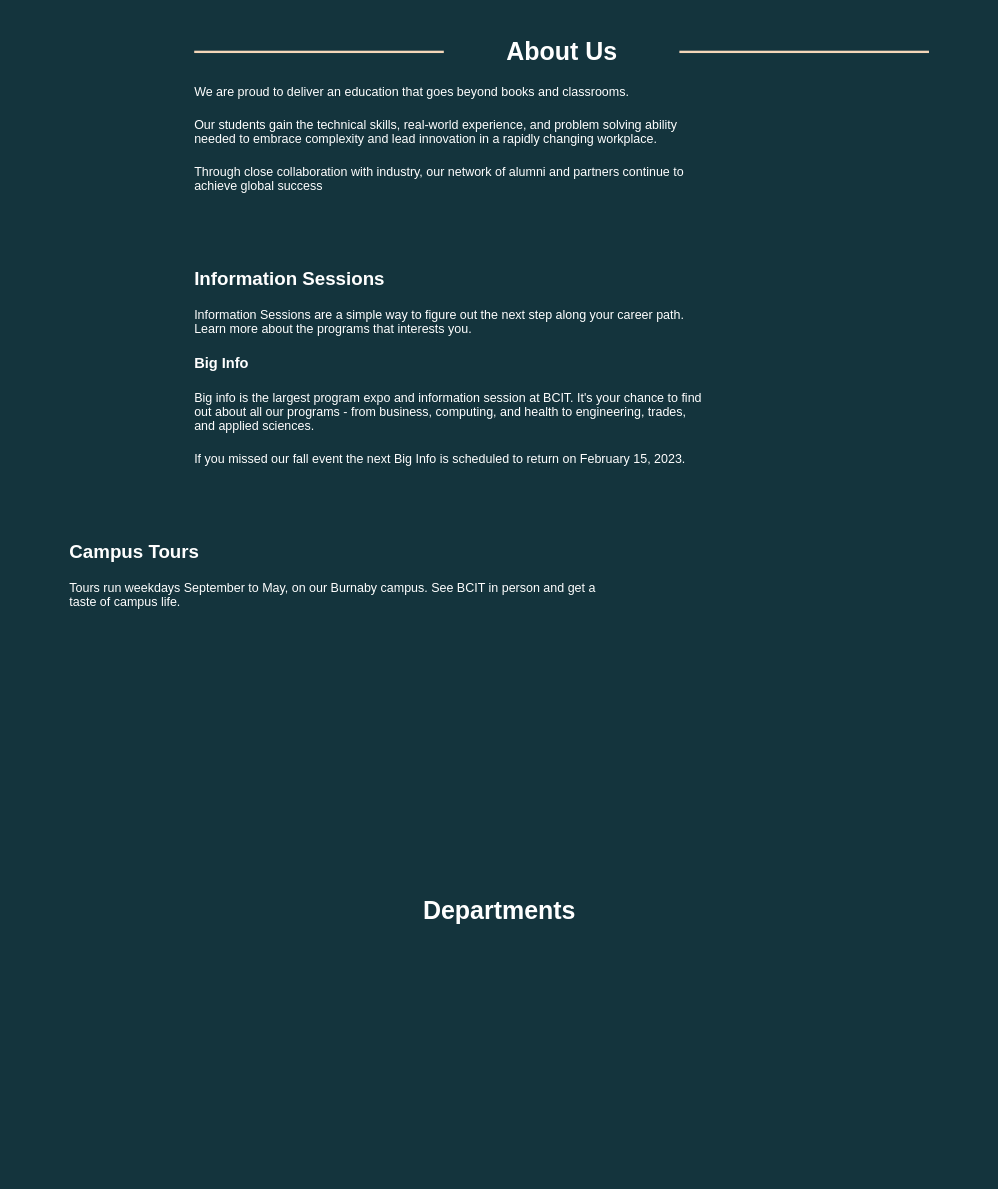
Repository: jennydmcm/assignment-1-playwright-site-A01338943
Page: /about
The author's editor kept a copy of each file at every save. The page is drawn from the files as they stood at one save, then again after the next save.
The browser window is 1280 px wide. The pictures show the whole page, at 78% of full size.
The project was rebuilt for these pictures with package versions that can differ from the ones it lists, and the page was loaded fresh each time. The framework's server and built-in components were replaced by stand-ins that run in the browser. Also part of the build but not shown: next.config.js.

Above is the page before, as saved 2023-02-08 13:57:12.

### pages/_app.js
import '../styles/globals.css'
import '../styles/variables.css'

function MyApp({ Component, pageProps }) {
  return <Component {...pageProps} />
}

export default MyApp

### pages/about.js
import Head from "next/head";
import Image from "next/image";
import { Inter } from "@next/font/google";
import styles from "@/styles/About.module.css";
const inter = Inter({ subsets: ["latin"] });

export default function Home() {
  return (
    <>
      <Head>
        <title>About Us</title>
        <meta name="description" content="Generated by create next app" />
        <meta name="viewport" content="width=device-width, initial-scale=1" />
        <meta name="author" content="MDIA 2109" />
        <meta property="og:title" content="Assignment #1 - About Us Page" />
        <meta
          property="og:description"
          content="BCIT Digital Design and Development Diploma"
        />
        <link rel="icon" href="/favicon.png" />
      </Head>
      <main className={styles.main}>
        <header>
          <div className={styles.about}>
            <div className={styles.header}>
              <hr className={styles.lines}></hr>
              <h1 className={styles.aboutTitle}>About Us</h1>
              <hr className={styles.lines}></hr>
            </div>
            <p className={styles.mainText}>
              We are proud to deliver an education that goes beyond books and
              classrooms.
            </p>
            <p className={styles.mainText}>
              Our students gain the technical skills, real-world experience, and
              problem solving ability <br></br>
              needed to embrace complexity and lead innovation in a rapidly
              changing workplace.
            </p>
            <p className={styles.mainText}>
              Through close collaboration with industry, our network of alumni
              and partners continue to <br></br>
              achieve global success
            </p>
          </div>
          <div className={styles.infosesh}>
            <h2>Information Sessions</h2>
            <p className={styles.mainText}>
              Information Sessions are a simple way to figure out the next step
              along your career path. <br></br>
              Learn more about the programs that interests you.
            </p>
            <h3 className={styles.bigInfo}>Big Info</h3>
            <p className={styles.mainText}>
              Big info is the largest program expo and information session at
              BCIT. It's your chance to find<br></br>
              out about all our programs - from business, computing, and health
              to engineering, trades,<br></br>
              and applied sciences.
            </p>
            <p className={styles.mainText}>
              If you missed our fall event the next Big Info is scheduled to
              return on February 15, 2023.
            </p>
          </div>

          <div className={styles.tours}>
            <h2>Campus Tours</h2>
            <p className={styles.mainText}>
              Tours run weekdays September to May, on our Burnaby campus. See
              BCIT in person and get a<br></br>
              taste of campus life.
            </p>
          </div>
          <div className={styles.dept}>
            <h1>Departments</h1>
          </div>
        </header>
        <a>
          <span>
            <img href="/upwardArrow.png"></img>
            <img href="downwardArrow.png"></img>
          </span>
        </a>
      </main>
    </>
  );
}

### styles/variables.css
:root{
    --primary-color: #fff;
    --secondary-color: #f4d6b9;
    --ternary-color: #14343d;
    --quaternary-color: #14343d;
    --quinary-color: rgba(16,46,53,0.5);

}

### styles/About.module.css
.main{
    background-color: var(--ternary-color);
    color: var(--primary-color);
    font-family: Arial, Helvetica, sans-serif;
    display: flex;
    flex-direction: column;
    justify-content: center;
    align-items: center;
}
.about{
    display: flex;
    flex-direction: column;
    padding: 3rem;
    padding-bottom: 3rem;
    align-content: center;
    padding-left: 13rem;

}
.body{
    padding-left: 4rem;
}

.infosesh{
    display: flex;
    flex-direction: column;
    padding: 3rem;
    padding-bottom: 3rem;
    padding-left: 13rem;

}

.bigInfo{
    padding-top: 1.5rem;

}

.tours{
    display: flex;
    flex-direction: column;
    padding: 3rem;
    padding-bottom: 3rem;

}

.dept{
    display: flex;
    flex-direction: column;
    padding-top: 20rem;
    padding-bottom: 20rem;
    align-items: center;


}

.aboutTitle{
    display: flex;
    flex-direction: column;
    align-items: center;
    padding-left: 5rem;
    padding-right: 5rem;
}

.mainText{
    padding-top: 1.5rem;
}

.lines{
    border-top: none;
    border-bottom: 0.2rem solid var(--secondary-color);
    border-left: none;
    border-right: none;
    width: 20rem;
}
.header{
    display: flex;
    flex-direction: row;
    align-items: center;
}

Loaded but not shown: pages/_document.js (common file); styles/globals.css (common file)

After the next save:
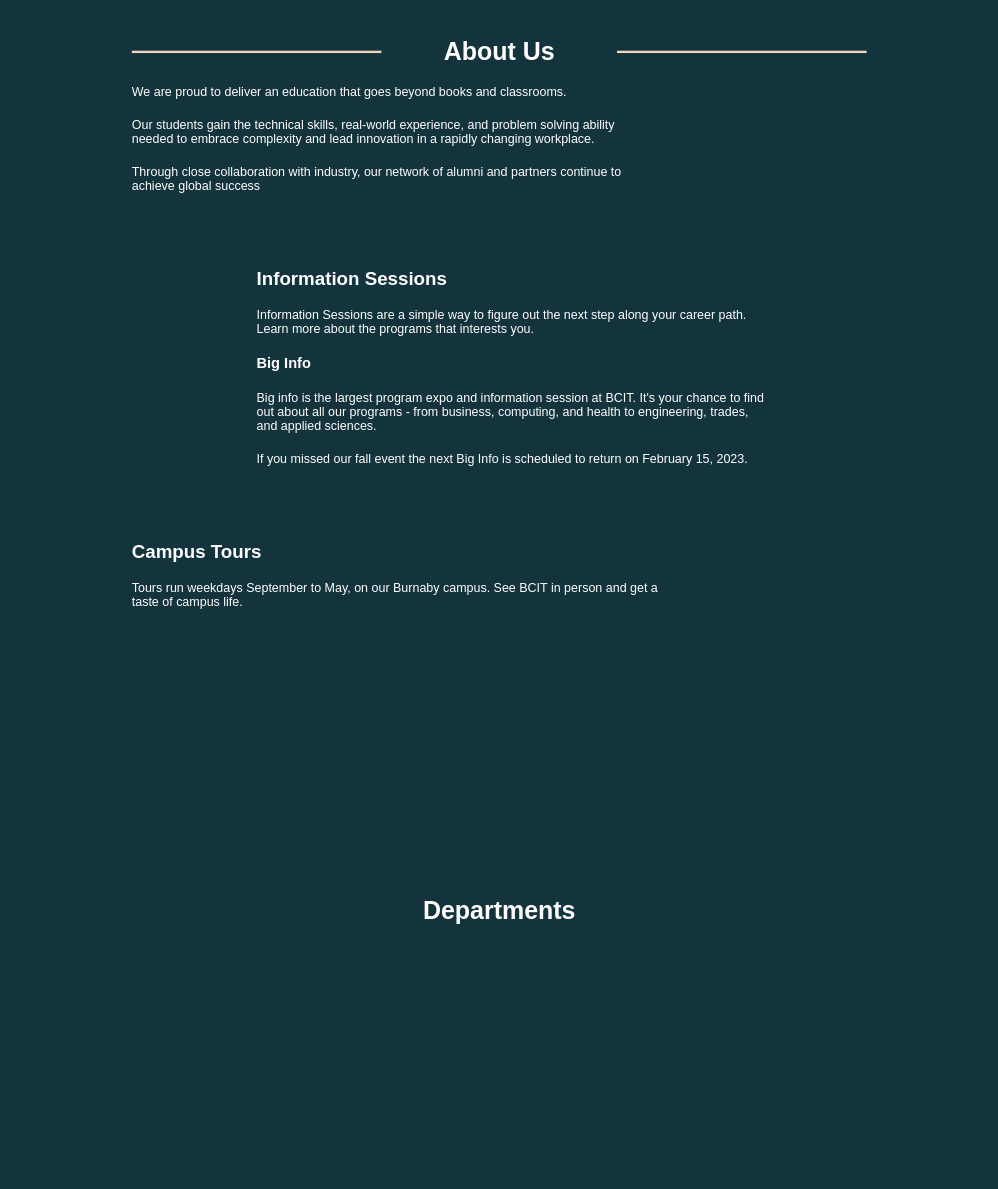
Saved 8 s later.
--- a/styles/About.module.css
+++ b/styles/About.module.css
@@ -13,7 +13,7 @@
     padding: 3rem;
     padding-bottom: 3rem;
     align-content: center;
-    padding-left: 13rem;
+
 
 }
 .body{
